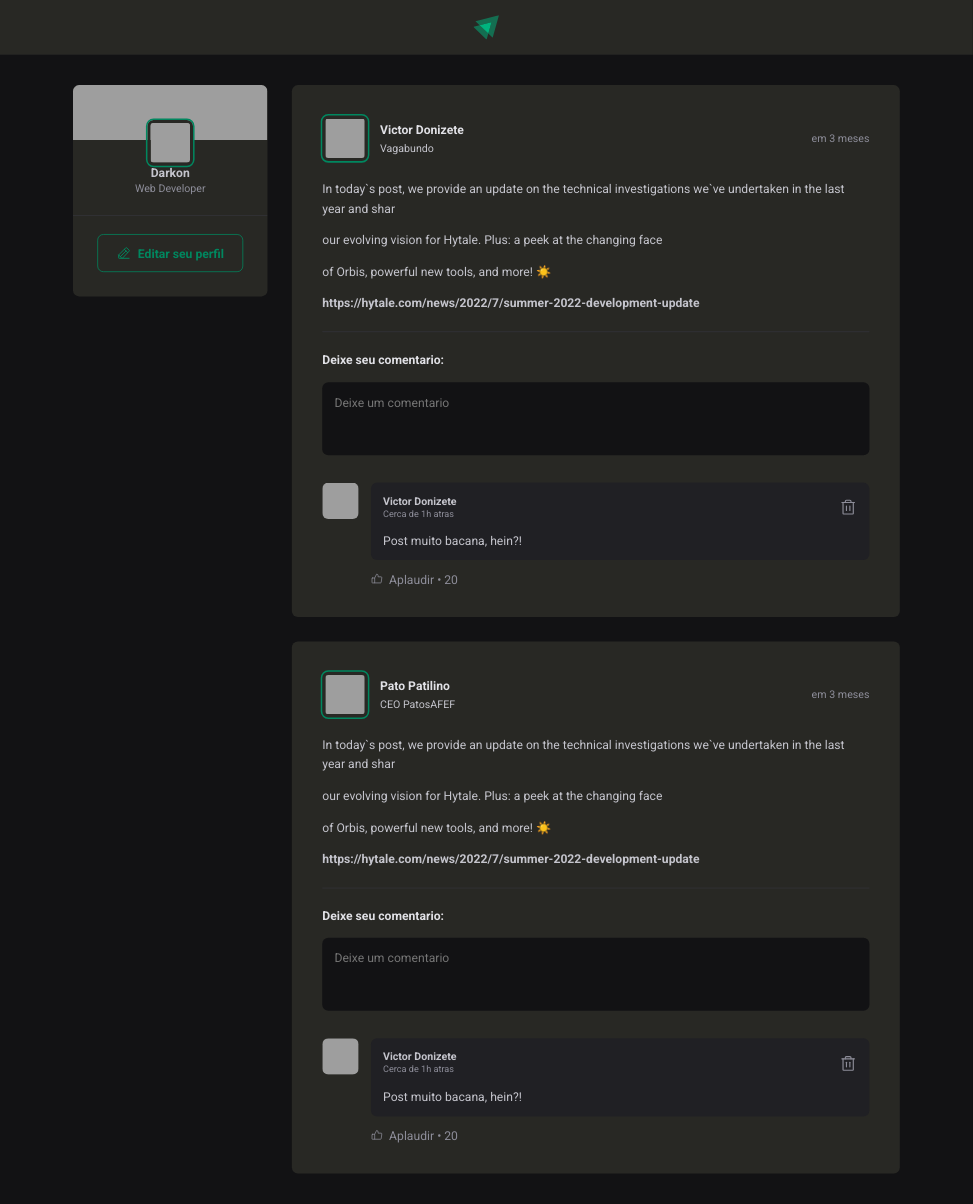
Repository: viviij/PseudoRedeSocial
Page: /
An editor plug-in stored every save of this project. The page is shown before and after the next save, followed by the edit.
The browser window is 1280 px wide. The pictures show the whole page, at 76% of full size.
Pictures or frames that could not be fetched are drawn as grey boxes. The project was rebuilt for these pictures with package versions that can differ from the ones it lists, and the page was loaded fresh each time. Also part of the build but not shown: vite.config.js.

Above is the page before, as saved 2022-10-20 18:20:52.

### index.html
<!DOCTYPE html>
<html lang="en">
  <head>
    <meta charset="UTF-8" />
    <link rel="preconnect" href="https://fonts.googleapis.com">
    <link rel="preconnect" href="https://fonts.gstatic.com" crossorigin>
    <link rel="icon" type="image/svg+xml" href="/vite.svg" />
    <meta name="viewport" content="width=device-width, initial-scale=1.0" />
    <link href="https://fonts.googleapis.com/css2?family=Roboto:wght@400;700&display=swap" rel="stylesheet">
    <title>RedeSocial</title>
  </head>
  <body>
    <div id="root"></div>
    <script type="module" src="/src/main.jsx"></script>
  </body>
</html>

### src/App.jsx
import { Header } from "./components/header";
import { Sidebar } from "./components/Sidebar"
import { Post } from "./components/Post"

import styles from "./App.module.css"
import "./global.css"

const posts = [
  {
    id: 1,
    author: {
      avatarUrl: 'https://github.com/viviij.png',
      name: 'Victor Donizete',
      role: 'Vagabundo'
    },
    content: [
      {type: 'paragraph', content:  'In today`s post, we provide an update on the technical investigations we`ve undertaken in  the last year and shar'},
      {type: 'paragraph', content: 'our evolving vision for Hytale. Plus: a peek at the changing face'},
      {type: 'paragraph', content: 'of Orbis, powerful new tools, and more! ☀️'},
      {type: 'link', content: 'https://hytale.com/news/2022/7/summer-2022-development-update'},
    ],
    publishedAt: new Date('2022-10-15 20:00:00'),
  },

  {
    id: 2,
    author: {
      avatarUrl: 'https://github.com/pato.png',
      name: 'Pato Patilino',
      role: 'CEO PatosAFEF'
    },
    content: [
      {type: 'paragraph', content:  'In today`s post, we provide an update on the technical investigations we`ve undertaken in  the last year and shar'},
      {type: 'paragraph', content: 'our evolving vision for Hytale. Plus: a peek at the changing face'},
      {type: 'paragraph', content: 'of Orbis, powerful new tools, and more! ☀️'},
      {type: 'link', content: 'https://hytale.com/news/2022/7/summer-2022-development-update'},
    ],
    publishedAt: new Date('2022-10-17 20:00:00'),
  }
]

export function App() {
  return (
    <div>
      <Header />

      <div className={styles.wrapper}>
        <Sidebar />
        <main>
          {posts.map(post => {
            return (
            <Post
              author={post.author}
              content={post.content}
              publishedAt={post.publishedAt}

            />
          )
          })}
        </main>
      </div>
    </div>
  )
}

### src/components/header.jsx
import styles from "./Header.module.css"

import IgniteLogo from '../assets/IgniteLogo.svg'

export function Header() {
  return (
    <header className={styles.header}>
      <img src={IgniteLogo} alt="Logo da ignite" />
    </header>
  )
}

### src/components/Sidebar.jsx
import styles from "./Sidebar.module.css"
import { PencilLine } from "phosphor-react"
import { Avatar } from "./Avatar"

export function Sidebar() {
  return (
    <aside className={styles.sidebar}>
      <img
        className={styles.cover}
        src="https://images.unsplash.com/photo-1659095579647-7c1bbc73b36f?ixlib=rb-1.2.1&ixid=MnwxMjA3fDB8MHxlZGl0b3JpYWwtZmVlZHw1fHx8ZW58MHx8fHw%3D&auto=format&fit=crop&w=500&q=10" alt="plano de fundo"
      />

      <div className={styles.profile}>
        <Avatar
          src="https://github.com/viviij.png"
          alt="Foto de perfil"
        />

        <strong>Darkon</strong>
        <span>Web Developer</span>
      </div>

      <footer>
        <a
          href="#">
          <PencilLine
            size={20}
          />
          Editar seu perfil
        </a>
      </footer>
    </aside>
  )
}

### src/components/Post.jsx
import { format, formatDistanceToNow } from 'date-fns'
import ptBR from 'date-fns/locale/pt-BR'
import {useState} from 'react'

import { Avatar } from "./Avatar"
import { Comment } from "./Comment"
import styles from "./Post.module.css"

export function Post({ author, publishedAt, content }) {

  const [comments, setComments] = useState([
    'Post muito bacana, hein?!'
  ])

  const publishedDateFormatted = format(publishedAt, "d 'de' LLLL 'às' HH:mm'h'", {
    locale: ptBR,
  })

  const publishedDateRelativeToNow = formatDistanceToNow(publishedAt, {
    locale: ptBR,
    addSuffix: true,
  })

  function createNewComment (){
    event.preventDefault()

    setComments([...comments, newCommmentText])

  }
  return (
    <article className={styles.post}>
      <header>
        <div className={styles.author}>
          <Avatar src={author.avatarUrl} alt="Foto do perfil" />
          <div className={styles.authorInfo}>
            <strong>{author.name}</strong>
            <span>{author.role}</span>
          </div>
        </div>
        <time title={publishedDateFormatted} dateTime={publishedAt.toISOString()}>{publishedDateRelativeToNow}</time>
      </header>

      <div className={styles.content}>
        {content.map(line => {
          if (line.type == 'paragraph') {
            return <p>{line.content}</p>;
          } else if (line.type == 'link' ) {
            return <p><a href="#">{line.content}</a></p>
          }
        })}
      </div>

      <form onSubmit={createNewComment} className={styles.commentForm}>
        <strong>Deixe seu comentario: </strong>

        <textarea
          name="comment"
          placeholder="Deixe um comentario"
        />
        <footer>
          <button type="submit">Comentar</button>

        </footer>
      </form>

      <div className={styles.commentList}>
        {comments.map(comment => {
          return <Comment content = {comment}/>
        })}

      </div>
    </article>
  )
}

### src/App.module.css
.wrapper {
  max-width: 70rem;
  margin: 2rem auto;
  padding: 0.5rem 1rem;

  display: grid;
  grid-template-columns: 256px 1fr;
  gap: 2rem;
  align-items: flex-start;

}

@media(max-width: 768px) {
  html {
    font-size: 84.375%;
    /*13.5px*/
  }

  .wrapper {
    grid-template-columns: 1fr;
  }
}

### src/global.css
:root {
  --white: #ffffff;

  --gray-100: #e1e1e6;
  --gray-300: #c4c4cc;
  --gray-400: #8d8d99;
  --gray-600: #323238;
  --gray-700: #29292e;
  --grey-750: #202024;
  --gray-800: #282824;
  --gray-900: #121214;

  --green-300: #00B37E;
  --green-500: #00875f;

  --red-500: #F75A68;
}

:focus {
  outline: transparent;
  box-shadow: 0 0 0 2px var(--green-500)
}

* {
  margin: 0;
  padding: 0;
  box-sizing: border-box;
}

body {
  background: var(--gray-900);
  color: var(--gray-300);
  -webkit-font-smoothing: antialiased;
}

body,
input,
textarea,
button {
  font-family: 'Roboto', sans-serif;
  font-weight: 400;
  font-size: 1rem;
}

### src/components/Sidebar.module.css
.sidebar {
  background: var(--gray-800);
  border-radius: 8px;
  overflow: hidden;
}

.cover {
  width: 100%;
  height: 72px;
  object-fit: cover;
}

.profile {
  display: flex;
  flex-direction: column;
  align-items: center;

  margin-top: calc(0px - 1.5rem - 6px);
}


.prfile strong {
  margin: 1rem;
  color: var(--gray-100);
  line-height: 1.6;
}

.profile span {
  font-size: 0.875rem;
  color: var(--gray-400);
  line-height: 1.6;
}

.sidebar footer {
  border-top: 1px solid var(--gray-600);
  margin-top: 1.5rem;
  padding: 1.5rem 2rem 2rem;
}

.sidebar footer a {
  width: 100%;
  background: transparent;
  color: var(--green-500);
  border: 1px solid var(--green-500);
  border-radius: 8px;
  height: 50px;
  padding: 0 1.5rem;
  font-weight: bold;
  display: block;
  text-decoration: none;

  display: flex;
  align-items: center;
  justify-content: center;

  gap: 0.5rem;

  transition: color 0.5s, background-color 0.5s;
}

.sidebar footer a:hover {
  background: var(--green-500);
  color: var(--white)
}

### src/components/Avatar.jsx
import styles from "./Avatar.module.css"

export function Avatar({ hasBorder = true, src }) {
  return (
    <img
      src={src}
      className={hasBorder ? styles.avatarWithBorder : styles.avatar}
    />
  )
}

### src/components/Comment.jsx
import { ThumbsUp, Trash } from "phosphor-react"
import { Avatar } from "./Avatar"
import styles from "./Comment.module.css"

export function Comment({ content }) {
  return (
    <div className={styles.comment}>
      <Avatar hasBorder={false} src="https://github.com/viviij.png" alt="Imagem de perfil" />

      <div className={styles.commentBox}>
        <div className={styles.commentContent}>
          <header>
            <div className={styles.authorAndTime}>
              <strong>Victor Donizete</strong>
              <time
                title="1 de agosto as 00:13h"
                dateTime="2022-05-11 00:13:46">Cerca de 1h atras
              </time>
            </div>

            <button title="deletar comentario">
              <Trash size={24} />
            </button>
          </header>

          <p>{content}</p>
        </div>

        <footer>
          <button>
            <ThumbsUp />
            Aplaudir <span>20</span>
          </button>
        </footer>
      </div>
    </div>
  )
}

### src/components/Post.module.css
.post {
  background: var(--gray-800);
  border-radius: 8px;
  padding: 2.5rem;
}

.post+.post {
  margin-top: 2rem;
}

.content {
  line-height: 1.6;
  color: var(--gray-300);
  margin-top: 1.5rem;
}

.content p {
  margin-top: 1rem;
}

.content a {
  font-weight: bold;
  color: var(--gray-500);
  text-decoration: none;
}

.content a:hover {
  color: var(--green-300);
}

.post>header {
  display: flex;
  align-items: center;
  justify-content: space-between;
}

.post>header time {
  font-size: 0.875rem;
  color: var(--gray-400);
}

.author {
  display: flex;
  align-items: center;
  gap: 1rem;
}

.author img {
  width: calc(3rem + 12px);
  height: calc(3rem + 12px);
  border-radius: 8px;
  border: 4px solid var(--gray-800);
  outline: 2px solid var(--green-500);
}

.authorInfo strong {
  display: block;
  color: var(--gray-100);
  line-height: 1.6;
}

.authorInfo span {
  display: block;
  font-size: 0.875rem;
  color: var(--grey-400);
  line-height: 1.6;
}

.commentForm {
  width: 100%;
  margin-top: 1.5rem;
  padding-top: 1.5rem;
  border-top: 1px solid var(--gray-600);
}

.commentForm>strong {
  line-height: 1.6;
  color: var(--gray-100);
}

.commentForm textarea {
  width: 100%;
  background: var(--gray-900);
  border: 0;
  resize: none;
  height: 6rem;
  padding: 1rem;
  border-radius: 8px;
  color: var(--gray-100);
  line-height: 1.4;
  margin-top: 1rem;
}

.commentForm footer {
  visibility: hidden;
  max-height: 0;

}

.commentForm:focus-within footer {
  visibility: visible;
  max-height: none;
  transition: 1s;
}

.commentForm button[type=submit] {
  padding: 1rem 1.5rem;
  margin-top: 1rem;
  border-radius: 8px;
  border: 0;
  background: var(--green-500);
  color: var(--white);
  font-weight: bold;
  cursor: pointer;

  transition: background-color 0.5s;
}

.commentForm button[type=submit]:hover {
  background: var(--green-300);
}

.commentList {
  margin-top: 2rem;
}

### src/components/Comment.module.css
.comment {
  margin-top: 1.5rem;
  display: flex;
  gap: 1rem;
}



.commentBox {
  flex: 1;
}

.commentContent {
  background: var(--grey-750);
  border-radius: 8px;
  padding: 1rem;
}

.commentContent header {
  display: flex;
  align-items: center;
  justify-content: space-between;
}

.authorAndTime strong {
  display: block;
  font-size: 0.875rem;
  justify-content: space-between;
}

.authorAndTime time {
  display: block;
  font-size: 0.75rem;
  line-height: 1.6;
  color: var(--gray-400);
}

.commentContent header button {
  background: transparent;
  border: 0;
  color: var(--gray-400);
  cursor: pointer;
  line-height: 0;
  border-radius: 2px;
}

.commentContent header button:hover {
  color: var(--red-500);
}

.commentContent p {
  margin-top: 1rem;
  color: var(--grey-300);
}

.commentBox footer {
  margin-top: 1rem;
}

.commentBox footer button {
  background: transparent;
  border: 0;
  color: var(--gray-400);
  cursor: pointer;

  display: flex;
  align-items: center;

  border-radius: 2px;
}

.commentBox footer button:hover {
  color: var(--green-300);
}

.commentBox footer button svg {
  margin-right: 0.5rem;
}

.commentBox footer button span::before {
  padding: 0.25rem;
  content: "\2022";
}

Loaded but not shown: src/main.jsx (common file); src/components/Header.module.css (common file); src/components/Avatar.module.css (common file)

After the next save:
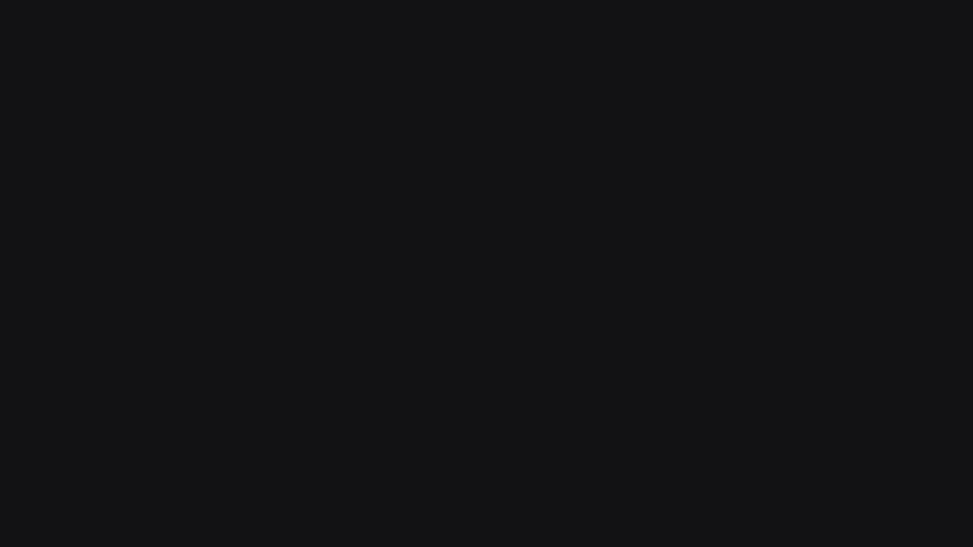
Console error: ReferenceError: newCommentChange is not defined
Saved 118 s later.
--- a/src/components/Post.jsx
+++ b/src/components/Post.jsx
@@ -11,6 +11,8 @@
   const [comments, setComments] = useState([
     'Post muito bacana, hein?!'
   ])
+
+  const [newCommentText, setNewCommentText] = useState('')
 
   const publishedDateFormatted = format(publishedAt, "d 'de' LLLL 'às' HH:mm'h'", {
     locale: ptBR,
@@ -56,6 +58,7 @@
         <textarea
           name="comment"
           placeholder="Deixe um comentario"
+          onChange={newCommentChange}
         />
         <footer>
           <button type="submit">Comentar</button>

After the save that followed:
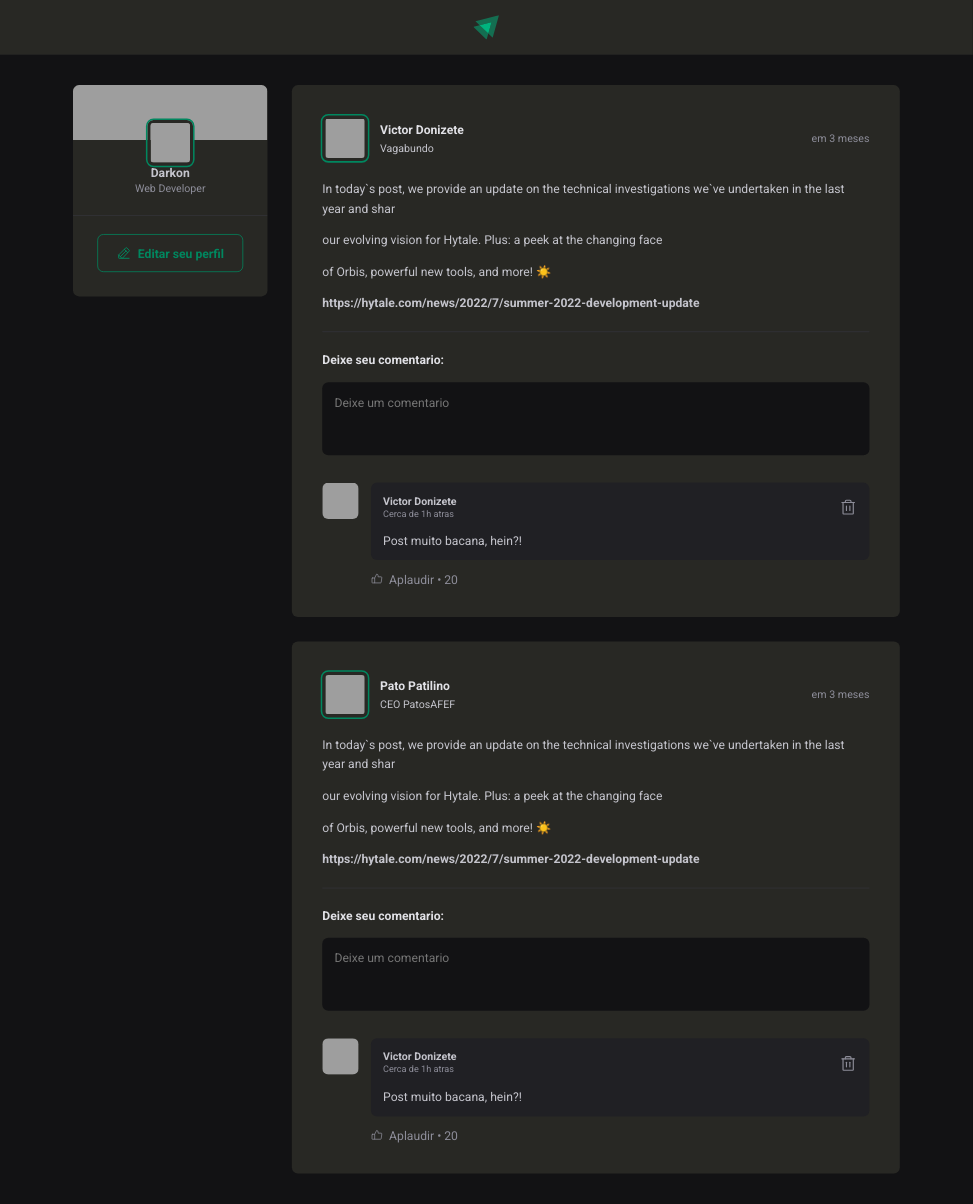
The error is gone.
Saved 99 s later.
--- a/src/components/Post.jsx
+++ b/src/components/Post.jsx
@@ -29,6 +29,10 @@
     setComments([...comments, newCommmentText])
 
   }
+  function newCommentChange() {
+    console.log(event.targer.value)
+  }
+
   return (
     <article className={styles.post}>
       <header>
